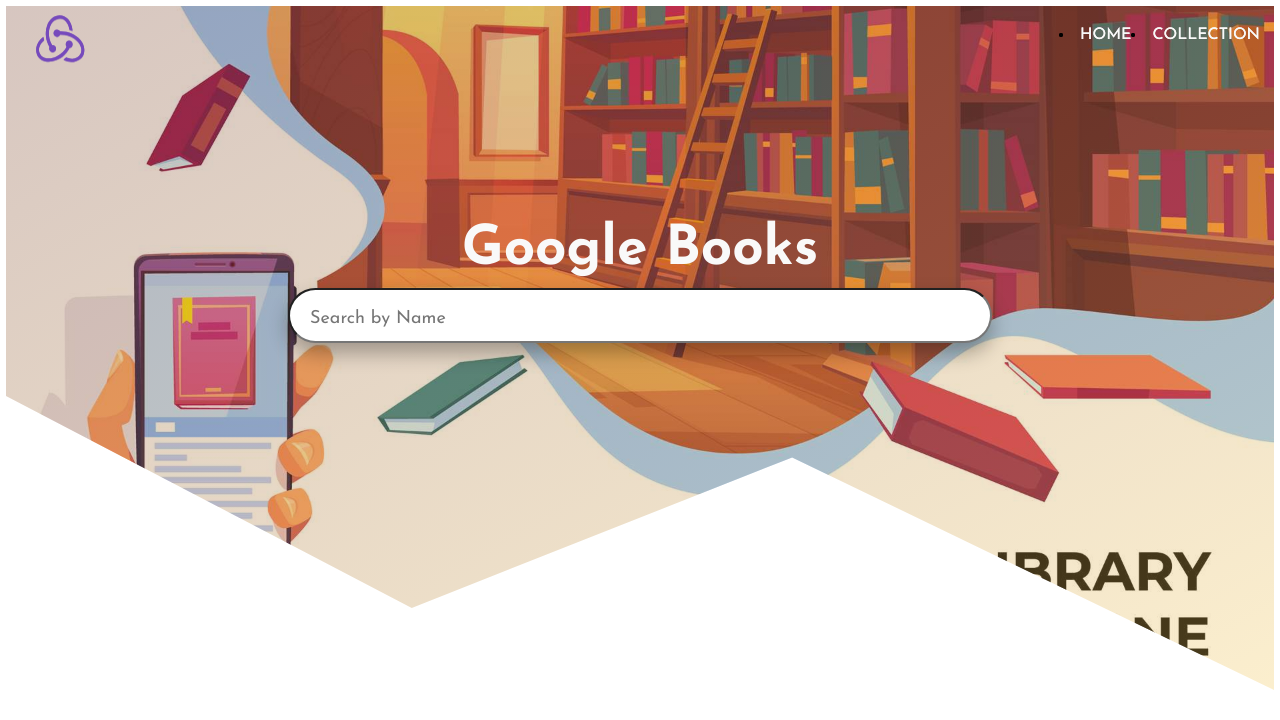
Repository: Kol124/react-book-library
Page: /
These files come from the project's save history. The page is drawn as it stood at one moment and after the next save; the edit follows.
The browser window is 1280 px wide. The pictures show the whole page.
The project was rebuilt for these pictures with package versions that can differ from the ones it lists, and the page was loaded fresh each time.

Above is the page before, as saved 2021-07-13 18:48:17.

### public/index.html
<!DOCTYPE html>
<html lang="en">
  <head>
    <meta charset="utf-8" />
    <link rel="icon" href="%PUBLIC_URL%/favicon.ico" />
    <meta name="viewport" content="width=device-width, initial-scale=1" />
    <meta name="theme-color" content="#000000" />
    <meta
      name="description"
      content="Web site created using create-react-app"
    />
    <link rel="apple-touch-icon" href="%PUBLIC_URL%/logo192.png" />
    <!--
      manifest.json provides metadata used when your web app is installed on a
      user's mobile device or desktop. See https://developers.google.com/web/fundamentals/web-app-manifest/
    -->
    <link rel="manifest" href="%PUBLIC_URL%/manifest.json" />
    <!--
      Notice the use of %PUBLIC_URL% in the tags above.
      It will be replaced with the URL of the `public` folder during the build.
      Only files inside the `public` folder can be referenced from the HTML.

      Unlike "/favicon.ico" or "favicon.ico", "%PUBLIC_URL%/favicon.ico" will
      work correctly both with client-side routing and a non-root public URL.
      Learn how to configure a non-root public URL by running `npm run build`.
    -->
    <link rel="stylesheet" href="all.min.css" />
    <title>React Redux App</title>
  </head>
  <body>
    <noscript>You need to enable JavaScript to run this app.</noscript>
    <div id="root"></div>
    <!--
      This HTML file is a template.
      If you open it directly in the browser, you will see an empty page.

      You can add webfonts, meta tags, or analytics to this file.
      The build step will place the bundled scripts into the <body> tag.

      To begin the development, run `npm start` or `yarn start`.
      To create a production bundle, use `npm run build` or `yarn build`.
    -->
  </body>
</html>

### src/index.css
@import url(fonts.css);

*,
*::before,
*::after {
  margin: 0;
  padding: 0;
  box-sizing: inherit;
}

html {
  scroll-behavior: smooth;
  box-sizing: border-box;
  font-size: 62.5%;
}

@media only screen and (max-width: 1024px) {
  html {
    font-size: 52.25%;
  }
}

/* @media only screen and (max-width: 768px) {
  html {
    font-size: 50%;
  }
} */

@media only screen and (max-width: 480px) {
  html {
    font-size: 50%;
  }
}

body {
  font-family: Josefin Sans, "Lucida Sans", cursive;
  margin: 0.6rem;
}

a {
  color: #f9f9f9;
  text-decoration: none;
}

.App-logo {
  height: 8.5vmin;
  pointer-events: none;
}

@media (prefers-reduced-motion: no-preference) {
  .App-logo {
    animation: App-logo-float infinite 3s ease-in-out;
  }
}

@keyframes App-logo-float {
  0% {
    transform: translateY(0);
  }
  50% {
    transform: translateY(5px);
  }
  100% {
    transform: translateY(0px);
  }
}

### src/App.js
import React from "react";
import Home from "./components/Home";
import Nav from "./components/Nav";
import { BrowserRouter as Router, Switch, Route } from "react-router-dom";

function App() {
  return (
    <Router>
      <Nav />
      <Switch>
        <Route exact path="/">
          <Home />
        </Route>
      </Switch>
    </Router>
  );
}

export default App;

### src/fonts.css
/* josefin-sans-300 - latin */
@font-face {
  font-family: "Josefin Sans";
  font-style: normal;
  font-weight: 300;
  src: url("./fonts/josefin-sans-v17-latin-300.eot"); /* IE9 Compat Modes */
  src: local(""),
    url("./fonts/josefin-sans-v17-latin-300.eot?#iefix")
      format("embedded-opentype"),
    /* IE6-IE8 */ url("./fonts/josefin-sans-v17-latin-300.woff2")
      format("woff2"),
    /* Super Modern Browsers */ url("./fonts/josefin-sans-v17-latin-300.woff")
      format("woff"),
    /* Modern Browsers */ url("./fonts/josefin-sans-v17-latin-300.ttf")
      format("truetype"),
    /* Safari, Android, iOS */
      url("./fonts/josefin-sans-v17-latin-300.svg#JosefinSans") format("svg"); /* Legacy iOS */
}
/* josefin-sans-regular - latin */
@font-face {
  font-family: "Josefin Sans";
  font-style: normal;
  font-weight: 400;
  src: url("./fonts/josefin-sans-v17-latin-regular.eot"); /* IE9 Compat Modes */
  src: local(""),
    url("./fonts/josefin-sans-v17-latin-regular.eot?#iefix")
      format("embedded-opentype"),
    /* IE6-IE8 */ url("./fonts/josefin-sans-v17-latin-regular.woff2")
      format("woff2"),
    /* Super Modern Browsers */
      url("./fonts/josefin-sans-v17-latin-regular.woff") format("woff"),
    /* Modern Browsers */ url("./fonts/josefin-sans-v17-latin-regular.ttf")
      format("truetype"),
    /* Safari, Android, iOS */
      url("./fonts/josefin-sans-v17-latin-regular.svg#JosefinSans")
      format("svg"); /* Legacy iOS */
}
/* josefin-sans-600 - latin */
@font-face {
  font-family: "Josefin Sans";
  font-style: normal;
  font-weight: 600;
  src: url("./fonts/josefin-sans-v17-latin-600.eot"); /* IE9 Compat Modes */
  src: local(""),
    url("./fonts/josefin-sans-v17-latin-600.eot?#iefix")
      format("embedded-opentype"),
    /* IE6-IE8 */ url("./fonts/josefin-sans-v17-latin-600.woff2")
      format("woff2"),
    /* Super Modern Browsers */ url("./fonts/josefin-sans-v17-latin-600.woff")
      format("woff"),
    /* Modern Browsers */ url("./fonts/josefin-sans-v17-latin-600.ttf")
      format("truetype"),
    /* Safari, Android, iOS */
      url("./fonts/josefin-sans-v17-latin-600.svg#JosefinSans") format("svg"); /* Legacy iOS */
}
/* josefin-sans-700 - latin */
@font-face {
  font-family: "Josefin Sans";
  font-style: normal;
  font-weight: 700;
  src: url("./fonts/josefin-sans-v17-latin-700.eot"); /* IE9 Compat Modes */
  src: local(""),
    url("./fonts/josefin-sans-v17-latin-700.eot?#iefix")
      format("embedded-opentype"),
    /* IE6-IE8 */ url("./fonts/josefin-sans-v17-latin-700.woff2")
      format("woff2"),
    /* Super Modern Browsers */ url("./fonts/josefin-sans-v17-latin-700.woff")
      format("woff"),
    /* Modern Browsers */ url("./fonts/josefin-sans-v17-latin-700.ttf")
      format("truetype"),
    /* Safari, Android, iOS */
      url("./fonts/josefin-sans-v17-latin-700.svg#JosefinSans") format("svg"); /* Legacy iOS */
}

/* josefin-slab-300 - latin */
@font-face {
  font-family: "Josefin Slab";
  font-style: normal;
  font-weight: 300;
  src: url("./fonts/josefin-slab-v13-latin-300.eot"); /* IE9 Compat Modes */
  src: local(""),
    url("./fonts/josefin-slab-v13-latin-300.eot?#iefix")
      format("embedded-opentype"),
    /* IE6-IE8 */ url("./fonts/josefin-slab-v13-latin-300.woff2")
      format("woff2"),
    /* Super Modern Browsers */ url("./fonts/josefin-slab-v13-latin-300.woff")
      format("woff"),
    /* Modern Browsers */ url("./fonts/josefin-slab-v13-latin-300.ttf")
      format("truetype"),
    /* Safari, Android, iOS */
      url("./fonts/josefin-slab-v13-latin-300.svg#JosefinSlab") format("svg"); /* Legacy iOS */
}
/* josefin-slab-regular - latin */
@font-face {
  font-family: "Josefin Slab";
  font-style: normal;
  font-weight: 400;
  src: url("./fonts/josefin-slab-v13-latin-regular.eot"); /* IE9 Compat Modes */
  src: local(""),
    url("./fonts/josefin-slab-v13-latin-regular.eot?#iefix")
      format("embedded-opentype"),
    /* IE6-IE8 */ url("./fonts/josefin-slab-v13-latin-regular.woff2")
      format("woff2"),
    /* Super Modern Browsers */
      url("./fonts/josefin-slab-v13-latin-regular.woff") format("woff"),
    /* Modern Browsers */ url("./fonts/josefin-slab-v13-latin-regular.ttf")
      format("truetype"),
    /* Safari, Android, iOS */
      url("./fonts/josefin-slab-v13-latin-regular.svg#JosefinSlab")
      format("svg"); /* Legacy iOS */
}
/* josefin-slab-600 - latin */
@font-face {
  font-family: "Josefin Slab";
  font-style: normal;
  font-weight: 600;
  src: url("./fonts/josefin-slab-v13-latin-600.eot"); /* IE9 Compat Modes */
  src: local(""),
    url("./fonts/josefin-slab-v13-latin-600.eot?#iefix")
      format("embedded-opentype"),
    /* IE6-IE8 */ url("./fonts/josefin-slab-v13-latin-600.woff2")
      format("woff2"),
    /* Super Modern Browsers */ url("./fonts/josefin-slab-v13-latin-600.woff")
      format("woff"),
    /* Modern Browsers */ url("./fonts/josefin-slab-v13-latin-600.ttf")
      format("truetype"),
    /* Safari, Android, iOS */
      url("./fonts/josefin-slab-v13-latin-600.svg#JosefinSlab") format("svg"); /* Legacy iOS */
}
/* josefin-slab-700 - latin */
@font-face {
  font-family: "Josefin Slab";
  font-style: normal;
  font-weight: 700;
  src: url("./fonts/josefin-slab-v13-latin-700.eot"); /* IE9 Compat Modes */
  src: local(""),
    url("./fonts/josefin-slab-v13-latin-700.eot?#iefix")
      format("embedded-opentype"),
    /* IE6-IE8 */ url("./fonts/josefin-slab-v13-latin-700.woff2")
      format("woff2"),
    /* Super Modern Browsers */ url("./fonts/josefin-slab-v13-latin-700.woff")
      format("woff"),
    /* Modern Browsers */ url("./fonts/josefin-slab-v13-latin-700.ttf")
      format("truetype"),
    /* Safari, Android, iOS */
      url("./fonts/josefin-slab-v13-latin-700.svg#JosefinSlab") format("svg"); /* Legacy iOS */
}

/* montserrat-300 - latin */
@font-face {
  font-family: "Montserrat";
  font-style: normal;
  font-weight: 300;
  src: url("./fonts/montserrat-v15-latin-300.eot"); /* IE9 Compat Modes */
  src: local(""),
    url("./fonts/montserrat-v15-latin-300.eot?#iefix")
      format("embedded-opentype"),
    /* IE6-IE8 */ url("./fonts/montserrat-v15-latin-300.woff2") format("woff2"),
    /* Super Modern Browsers */ url("./fonts/montserrat-v15-latin-300.woff")
      format("woff"),
    /* Modern Browsers */ url("./fonts/montserrat-v15-latin-300.ttf")
      format("truetype"),
    /* Safari, Android, iOS */
      url("./fonts/montserrat-v15-latin-300.svg#Montserrat") format("svg"); /* Legacy iOS */
}
/* montserrat-regular - latin */
@font-face {
  font-family: "Montserrat";
  font-style: normal;
  font-weight: 400;
  src: url("./fonts/montserrat-v15-latin-regular.eot"); /* IE9 Compat Modes */
  src: local(""),
    url("./fonts/montserrat-v15-latin-regular.eot?#iefix")
      format("embedded-opentype"),
    /* IE6-IE8 */ url("./fonts/montserrat-v15-latin-regular.woff2")
      format("woff2"),
    /* Super Modern Browsers */ url("./fonts/montserrat-v15-latin-regular.woff")
      format("woff"),
    /* Modern Browsers */ url("./fonts/montserrat-v15-latin-regular.ttf")
      format("truetype"),
    /* Safari, Android, iOS */
      url("./fonts/montserrat-v15-latin-regular.svg#Montserrat") format("svg"); /* Legacy iOS */
}
/* montserrat-500 - latin */
@font-face {
  font-family: "Montserrat";
  font-style: normal;
  font-weight: 500;
  src: url("./fonts/montserrat-v15-latin-500.eot"); /* IE9 Compat Modes */
  src: local(""),
    url("./fonts/montserrat-v15-latin-500.eot?#iefix")
      format("embedded-opentype"),
    /* IE6-IE8 */ url("./fonts/montserrat-v15-latin-500.woff2") format("woff2"),
    /* Super Modern Browsers */ url("./fonts/montserrat-v15-latin-500.woff")
      format("woff"),
    /* Modern Browsers */ url("./fonts/montserrat-v15-latin-500.ttf")
      format("truetype"),
    /* Safari, Android, iOS */
      url("./fonts/montserrat-v15-latin-500.svg#Montserrat") format("svg"); /* Legacy iOS */
}

### src/components/Home.js
import React from "react";
import Header from "./Header";
import styled from "styled-components";

export default function Home() {
  return (
    <div>
      <Header />
      <HeroContent>
        <Heading>Google Books</Heading>
        <Search type="text" placeholder="Search by Name" />
      </HeroContent>
    </div>
  );
}

const HeroContent = styled.div`
  position: absolute;
  width: 55%;
  top: 40%;
  left: 50%;
  margin: 0 auto;
  transform: translate(-50%, -50%);
`;

const Heading = styled.h1`
  text-align: center;
  font-size: 5.5rem;
  color: #f9f9f9;
  margin-bottom: 1rem;
`;

const Grid = styled.main`
  min-height: calc(100vh - 250px);
  overflow-x: hidden;
  top: 72px;
  display: block;
  position: relative;
  padding: 0 calc(3.5vw + 5px);
`;

const Search = styled.input`
  font-family: "Josefin Sans", cursive;
  padding: 1.5rem 1rem 1rem 2rem;
  margin: 0 auto 1rem auto;
  height: 5.5rem;
  color: #ccc;
  width: 100%;
  outline: none;
  font-size: 1.8rem;
  border-radius: 3rem;
  box-shadow: 0 10px 20px rgba(0, 0, 0, 0.3);
`;

### src/components/Nav.js
import React from "react";
import logo from "../logo.svg";
import { Link } from "react-router-dom";
import styled from "styled-components";

const Nav = () => {
  return (
    <Navigation>
      <Logo>
        <img src={logo} className="App-logo" alt="logo" />
      </Logo>

      <NavMenu>
        <li>
          <Link to="/">Home</Link>
        </li>

        <li>
          <Link to="/">Collection</Link>
        </li>
      </NavMenu>
    </Navigation>
  );
};

const Navigation = styled.nav`
  top: 0;
  right: 0;
  display: flex;
  margin: 0 auto;
  font-size: 1.6rem;
  position: absolute;
  justify-content: space-between;
  align-items: center;
  max-width: 130rem;
  padding: 0 2rem;
  height: 7rem;
  z-index: 3;
  left: 0;
`;

const Logo = styled.a`
  padding: 0;
  width: 80px;
  font-size: 0;
  margin-top: 4px;
  max-height: 70px;
  display: inline-block;

  img {
    display: block;
    width: 100%;
  }
`;

const NavMenu = styled.div`
  text-transform: uppercase;
  position: relative;
  margin-right: 5rem;
  margin: 0px;
  padding: 0px;
  height: 100%;
  display: flex;
  align-items: center;
  flex-flow: row nowrap;
  justify-content: flex-end;

  /* a {
    span {
      color: rgb(249, 249, 249);
      white-space: nowrap;
      line-height: 1.08;
      margin-left: 8px;
      cursor: pointer;
      font-size: 13px;
      padding: 2px 0px;
      position: relative;
      letter-spacing: 1.42px;

      &:before {
        background-color: rgb(249, 249, 249);
        border-radius: 0px 0px 4px 4px;
        position: absolute;
        bottom: -6px;
        content: "";
        height: 2px;
        left: 0px;
        opacity: 0;
        right: 0px;
        width: auto;
        visibility: hidden;
        transform: scaleX(0);
        transform-origin: left center;
        transition: all 250ms cubic-bezier(0.25, 0.46, 0.45, 0.94) 0s;
      }
    }

    &:hover {
      span:before {
        transform: scaleX(1);
        visibility: visible;
        opacity: 1 !important;
      }
    }
  } */
`;

export default Nav;

### src/features/counter/counterSlice.js
import { createSlice } from '@reduxjs/toolkit';

export const counterSlice = createSlice({
  name: 'counter',
  initialState: {
    value: 0,
  },
  reducers: {
    increment: state => {
      // Redux Toolkit allows us to write "mutating" logic in reducers. It
      // doesn't actually mutate the state because it uses the Immer library,
      // which detects changes to a "draft state" and produces a brand new
      // immutable state based off those changes
      state.value += 1;
    },
    decrement: state => {
      state.value -= 1;
    },
    incrementByAmount: (state, action) => {
      state.value += action.payload;
    },
  },
});

export const { increment, decrement, incrementByAmount } = counterSlice.actions;

// The function below is called a thunk and allows us to perform async logic. It
// can be dispatched like a regular action: `dispatch(incrementAsync(10))`. This
// will call the thunk with the `dispatch` function as the first argument. Async
// code can then be executed and other actions can be dispatched
export const incrementAsync = amount => dispatch => {
  setTimeout(() => {
    dispatch(incrementByAmount(amount));
  }, 1000);
};

// The function below is called a selector and allows us to select a value from
// the state. Selectors can also be defined inline where they're used instead of
// in the slice file. For example: `useSelector((state) => state.counter.value)`
export const selectCount = state => state.counter.value;

export default counterSlice.reducer;

### src/components/Header.js
import React from "react";
import Nav from "./Nav";
import styled from "styled-components";

const HeaderBackground = styled.header`
  height: 95vh;
  z-index: -100;
  position: relative;
  background-image: linear-gradient(
      to right bottom,
      rgba(120, 65, 46, 0.3),
      rgb(245, 203, 92, 0.3)
    ),
    url("/images/header-2.jpg");
  background-size: cover;
  background-position: top;
  background-repeat: no-repeat;
  background-attachment: fixed;
  clip-path: polygon(0 0, 100% 0, 100% 100%, 62% 66%, 32% 88%, 0 57%);

  @media only screen and (max-width: 480px) {
    height: 85vh;
  }
`;

const Header = () => {
  return (
    <>
      <Nav />
      <HeaderBackground />
    </>
  );
};

export default Header;

Loaded but not shown: src/index.js (common file); src/app/store.js (common file); src/serviceWorker.js (common file); public/all.min.css (library)

After the next save:
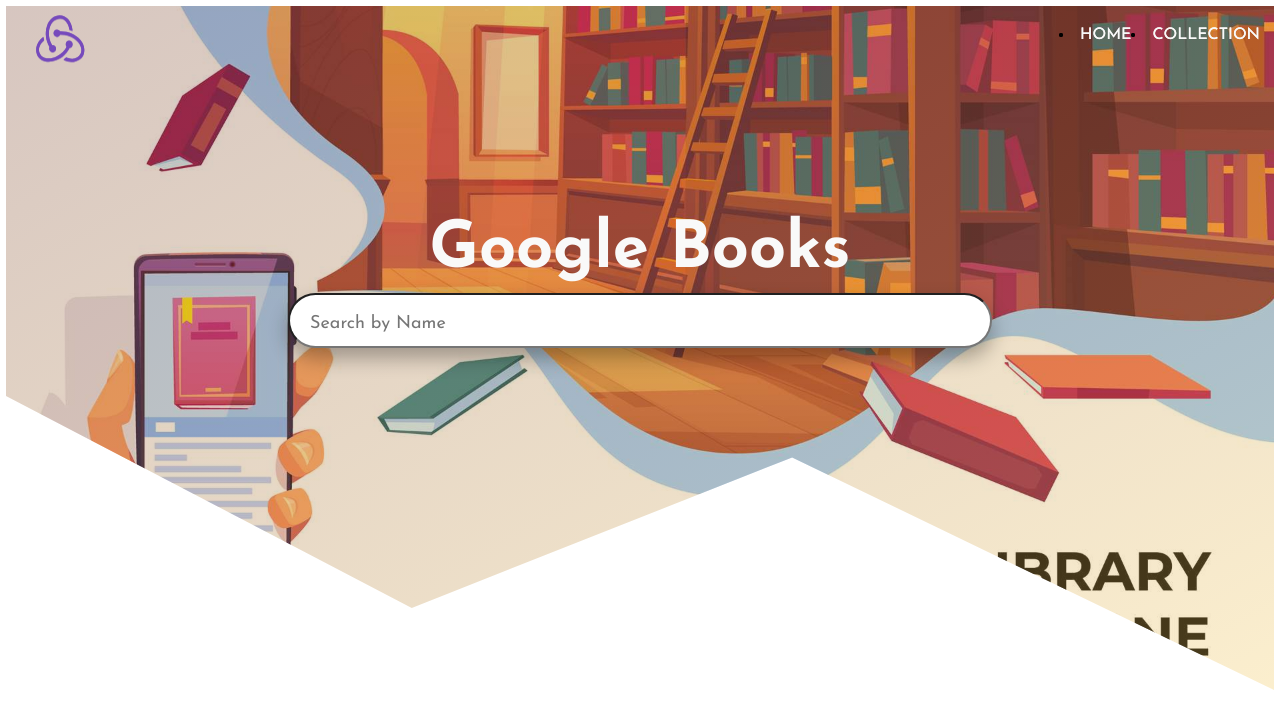
Saved 33 s later.
--- a/src/components/Home.js
+++ b/src/components/Home.js
@@ -25,7 +25,7 @@
 
 const Heading = styled.h1`
   text-align: center;
-  font-size: 5.5rem;
+  font-size: 6.5rem;
   color: #f9f9f9;
   margin-bottom: 1rem;
 `;
